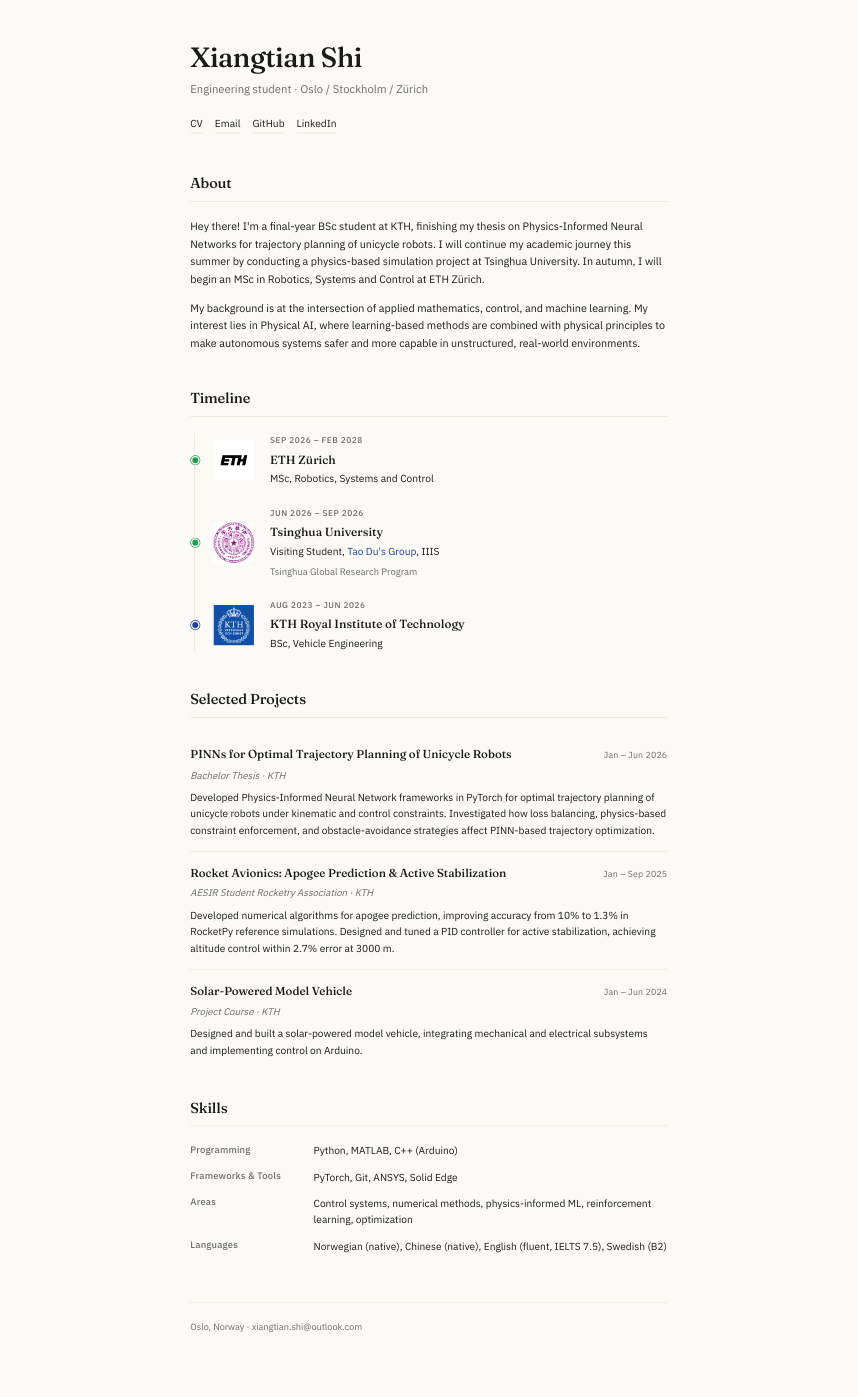
Repository: xitisch/xitisch.github.io
Page: index.html
The author's editor kept a copy of each file at every save. The page is drawn from the files as they stood at one save, then again after the next save.
The browser window is 1280 px wide. The pictures show the whole page, at 67% of full size.

Above is the page before, as saved 2026-06-08 03:28:38.

After the next save:
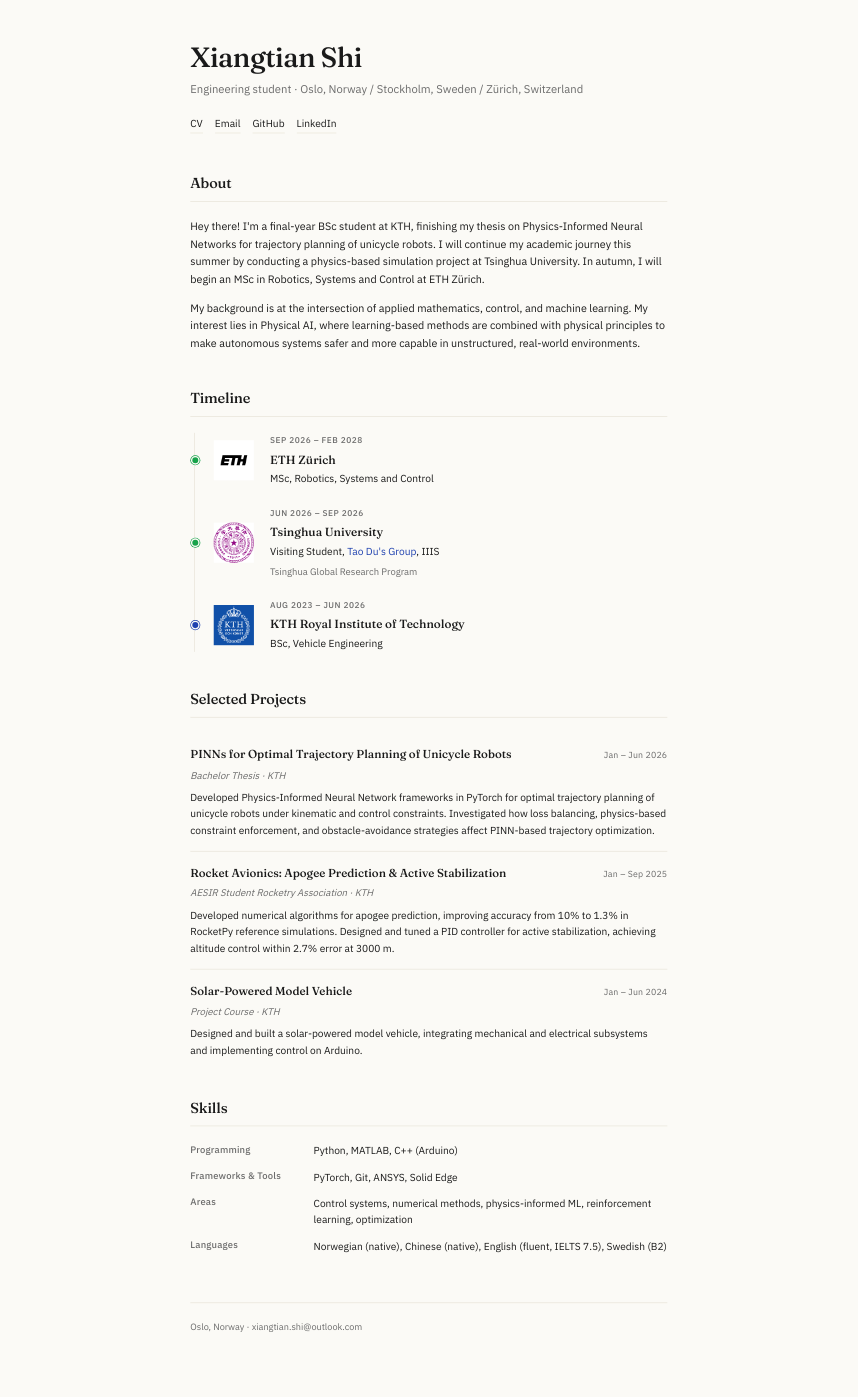
Saved 36 s later.
--- a/index.html
+++ b/index.html
@@ -11,7 +11,7 @@
 
     <header>
       <h1>Xiangtian Shi</h1>
-      <p class="tagline">Engineering student &middot; Oslo / Stockholm / Zürich</p>
+      <p class="tagline">Engineering student &middot; Oslo, Norway / Stockholm, Sweden / Zürich, Switzerland</p>
       <nav class="header-links">
         <a href="XiangtianShi_CV.pdf" target="_blank">CV</a>
         <a href="mailto:xiangtian.shi@outlook.com">Email</a>
